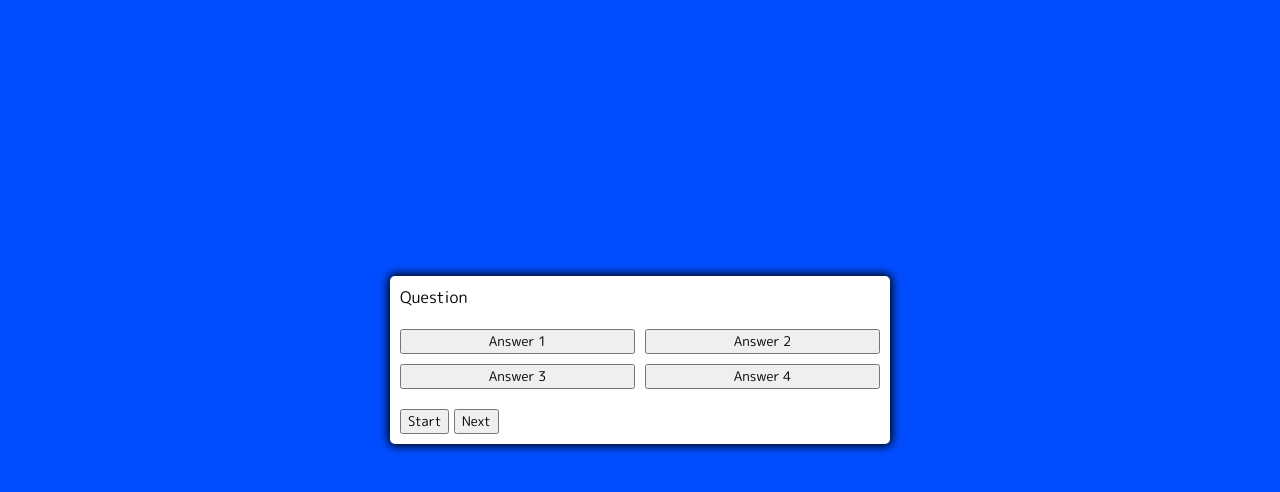
Repository: spidero7/Star-Wars_Quiz-Game
Page: index.html
An editor plug-in stored every save of this project. The page is shown before and after the next save, followed by the edit.
The browser window is 1280 px wide. The pictures show the whole page.

Above is the page before, as saved 2021-08-29 08:01:56.

After the next save:
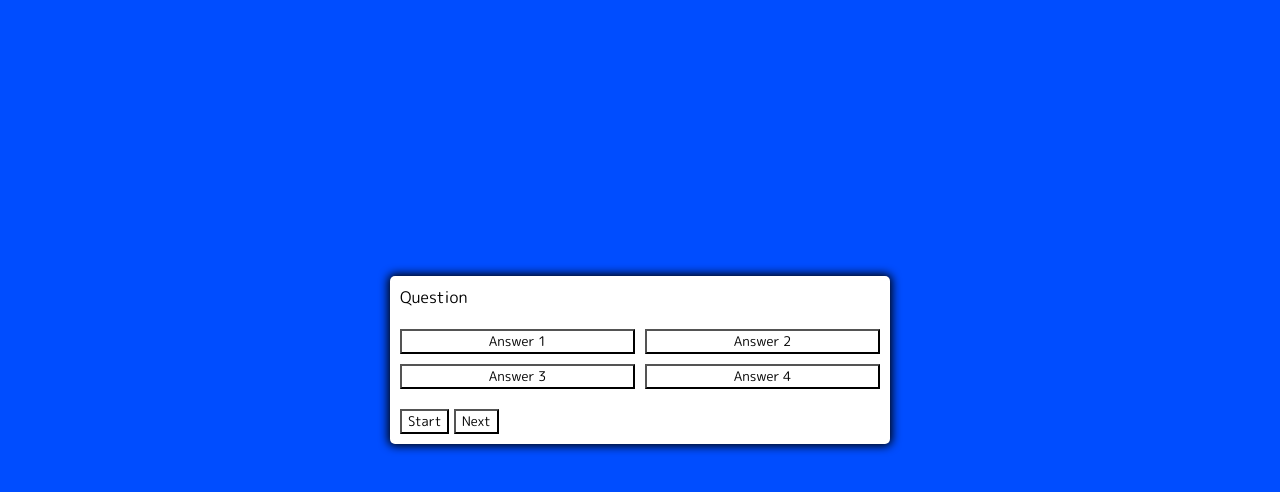
Saved 5 s later.
--- a/style.css
+++ b/style.css
@@ -46,5 +46,5 @@
 }
 
 .btn {
-    back--hue: var(--hue-normal);
+    background-color: --hue: var(--hue-normal);
 }

After the 2 saves that followed:
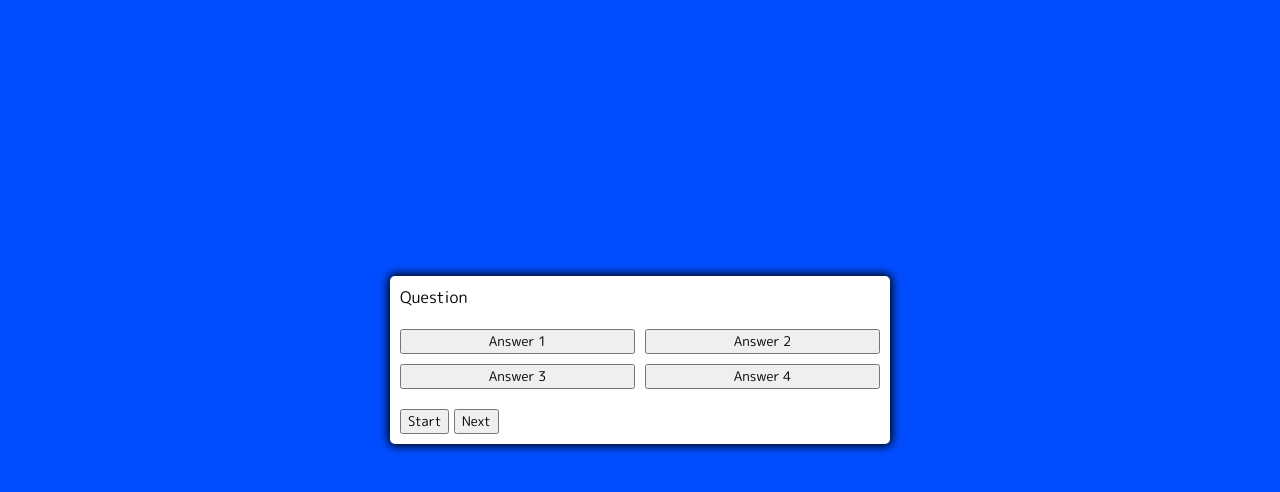
The 2 saves are shown as one change because they came seconds apart.
The last was saved 27 s later.
--- a/style.css
+++ b/style.css
@@ -46,5 +46,5 @@
 }
 
 .btn {
-    background-color: --hue: var(--hue-normal);
+    --hue: var(--hue-normal);
 }
